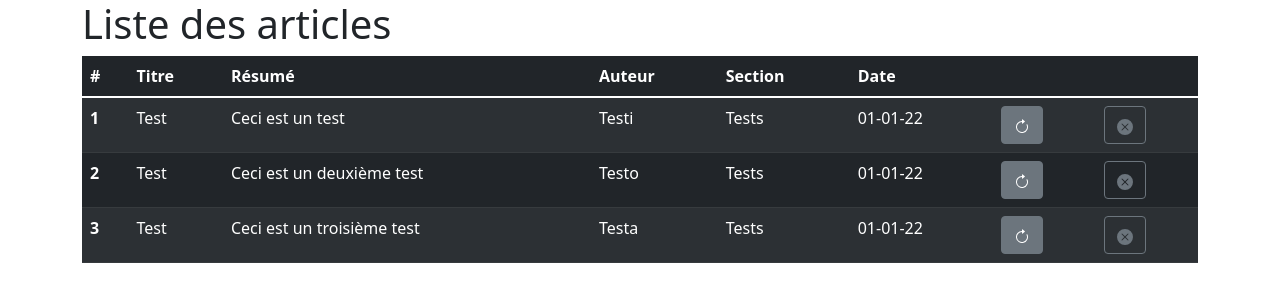
Repository: QuentinFayt/NewsWeb
Page: sources/adminNewsWeb/articlesList.html
These files come from the project's save history. The page is drawn as it stood at one moment and after the next save; the edit follows.
The browser window is 1280 px wide. The pictures show the whole page.

Above is the page before, as saved 2021-12-23 12:06:23.

After the next save:
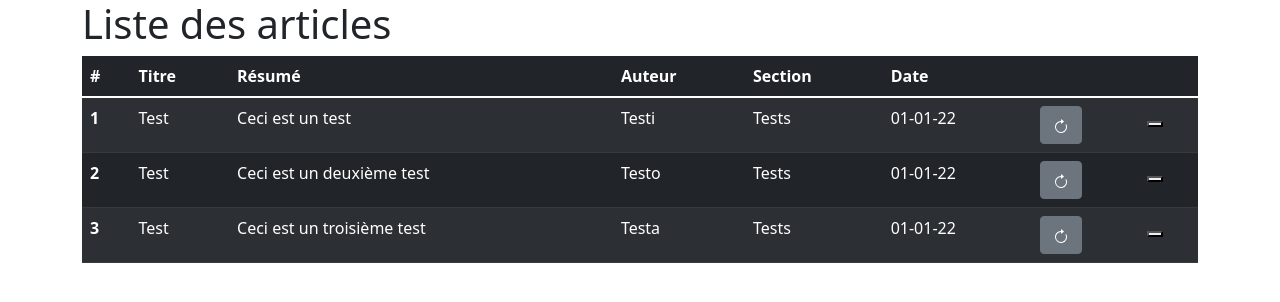
Saved 27 s later.
--- a/sources/adminNewsWeb/articlesList.html
+++ b/sources/adminNewsWeb/articlesList.html
@@ -38,14 +38,7 @@
                                 <path d="M8 4.466V.534a.25.25 0 0 1 .41-.192l2.36 1.966c.12.1.12.284 0 .384L8.41 4.658A.25.25 0 0 1 8 4.466z"></path>
                             </svg>
                         </button></td>
-                    <td><button type="button" class="btn btn-outline-secondary">
-                            <svg xmlns="http://www.w3.org/2000/svg" width="16" height="16" fill="currentColor" class="bi bi-x-circle-fill" viewBox="0 0 16 16">
-                                <path d="M16 8A8 8 0 1 1 0 8a8 8 0 0 1 16 0zM5.354 4.646a.5.5 0 1 0-.708.708L7.293 8l-2.647 2.646a.5.5 0 0 0 .708.708L8 8.707l2.646 2.647a.5.5 0 0 0 .708-.708L8.707 8l2.647-2.646a.5.5 0 0 0-.708-.708L8 7.293 5.354 4.646z"></path>
-                            </svg>
-                            <span class="visually-hidden">Button</span>
-                        </button></path>
-                        </svg>
-                        </button></td>
+                    <td><button></button></td>
                 </tr>
                 <tr>
                     <th scope="row">2</th>
@@ -60,14 +53,7 @@
                                 <path d="M8 4.466V.534a.25.25 0 0 1 .41-.192l2.36 1.966c.12.1.12.284 0 .384L8.41 4.658A.25.25 0 0 1 8 4.466z"></path>
                             </svg>
                         </button></td>
-                    <td><button type="button" class="btn btn-outline-secondary">
-                            <svg xmlns="http://www.w3.org/2000/svg" width="16" height="16" fill="currentColor" class="bi bi-x-circle-fill" viewBox="0 0 16 16">
-                                <path d="M16 8A8 8 0 1 1 0 8a8 8 0 0 1 16 0zM5.354 4.646a.5.5 0 1 0-.708.708L7.293 8l-2.647 2.646a.5.5 0 0 0 .708.708L8 8.707l2.646 2.647a.5.5 0 0 0 .708-.708L8.707 8l2.647-2.646a.5.5 0 0 0-.708-.708L8 7.293 5.354 4.646z"></path>
-                            </svg>
-                            <span class="visually-hidden">Button</span>
-                        </button></path>
-                        </svg>
-                        </button></td>
+                    <td><button></button></td>
                 </tr>
                 <tr>
                     <th scope="row">3</th>
@@ -82,14 +68,7 @@
                                 <path d="M8 4.466V.534a.25.25 0 0 1 .41-.192l2.36 1.966c.12.1.12.284 0 .384L8.41 4.658A.25.25 0 0 1 8 4.466z"></path>
                             </svg>
                         </button></td>
-                    <td><button type="button" class="btn btn-outline-secondary">
-                            <svg xmlns="http://www.w3.org/2000/svg" width="16" height="16" fill="currentColor" class="bi bi-x-circle-fill" viewBox="0 0 16 16">
-                                <path d="M16 8A8 8 0 1 1 0 8a8 8 0 0 1 16 0zM5.354 4.646a.5.5 0 1 0-.708.708L7.293 8l-2.647 2.646a.5.5 0 0 0 .708.708L8 8.707l2.646 2.647a.5.5 0 0 0 .708-.708L8.707 8l2.647-2.646a.5.5 0 0 0-.708-.708L8 7.293 5.354 4.646z"></path>
-                            </svg>
-                            <span class="visually-hidden">Button</span>
-                        </button></path>
-                        </svg>
-                        </button></td>
+                    <td><button></button></td>
                 </tr>
             </tbody>
         </table>

After the save that followed:
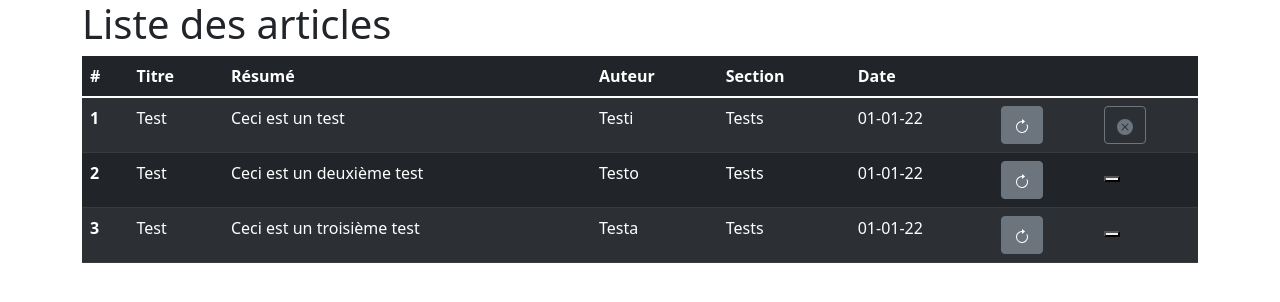
Saved 14 s later.
--- a/sources/adminNewsWeb/articlesList.html
+++ b/sources/adminNewsWeb/articlesList.html
@@ -38,7 +38,12 @@
                                 <path d="M8 4.466V.534a.25.25 0 0 1 .41-.192l2.36 1.966c.12.1.12.284 0 .384L8.41 4.658A.25.25 0 0 1 8 4.466z"></path>
                             </svg>
                         </button></td>
-                    <td><button></button></td>
+                    <td><button type="button" class="btn btn-outline-secondary">
+                            <svg xmlns="http://www.w3.org/2000/svg" width="16" height="16" fill="currentColor" class="bi bi-x-circle-fill" viewBox="0 0 16 16">
+                                <path d="M16 8A8 8 0 1 1 0 8a8 8 0 0 1 16 0zM5.354 4.646a.5.5 0 1 0-.708.708L7.293 8l-2.647 2.646a.5.5 0 0 0 .708.708L8 8.707l2.646 2.647a.5.5 0 0 0 .708-.708L8.707 8l2.647-2.646a.5.5 0 0 0-.708-.708L8 7.293 5.354 4.646z"></path>
+                            </svg>
+                            <span class="visually-hidden">Button</span>
+                        </button></td>
                 </tr>
                 <tr>
                     <th scope="row">2</th>
